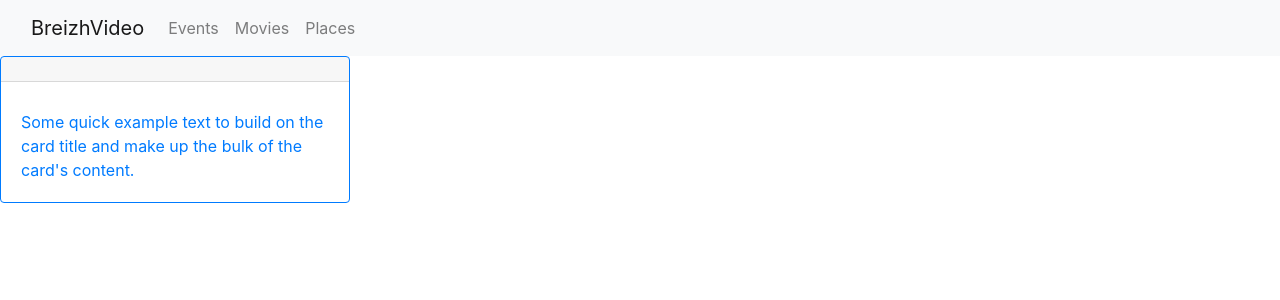
Repository: romgrm/Hackaton_BreizhVideo_FRONT
Page: /Movies
An editor plug-in stored every save of this project. The page is shown before and after a run of saves, followed by the edit.
The browser window is 1280 px wide. The pictures show the whole page.
The page's requests for data from a server got no answer. The project was rebuilt for these pictures with package versions that can differ from the ones it lists, and the page was loaded fresh each time. No one was signed in, and anything a server would have sent is missing. Also part of the build but not shown: src/Components/Events.js, src/Components/Village.js.

Above is the page before, as saved 2020-12-21 16:10:39.

### src/index.js
import React from 'react';
import ReactDOM from 'react-dom';
import App from './App';
import {BrowserRouter} from 'react-router-dom'


ReactDOM.render(
  <BrowserRouter>
    <App />
  </BrowserRouter>,
  document.getElementById('root')
);

### src/App.js
import bootstrap from '../node_modules/bootstrap/dist/css/bootstrap.min.css'
import Header from './Components/Header'
import {Switch, Route} from 'react-router-dom'
import Films from './Components/Films'
import Events from './Components/Events';
import Village from './Components/Village';


function App() {
  return (
    <>
    <Header />
    <Switch>
      <Route path="/Events" component={Events} />
      <Route path="/Movies" component={Films} />
      <Route path="/Places" component={Village} />
      <Route path="/" />
    </Switch>
    </>
  );
}

export default App;

### src/Components/Header.js
import React from 'react'
import {Link} from 'react-router-dom'

export default function Header() {
    return (
        <nav className="navbar navbar-expand-lg navbar-light bg-light">
  <div className="container-fluid">
    <Link className="navbar-brand" to="/">BreizhVideo</Link>
    <button className="navbar-toggler" type="button" data-bs-toggle="collapse" data-bs-target="#navbarNav" aria-controls="navbarNav" aria-expanded="false" aria-label="Toggle navigation">
      <span className="navbar-toggler-icon"></span>
    </button>
    <div className="collapse navbar-collapse" id="navbarNav">
      <ul className="navbar-nav">
        <li className="nav-item">
          <Link className="nav-link" to="/Events">Events</Link>
        </li>
        <li className="nav-item">
          <Link className="nav-link" to="/Movies">Movies</Link>
        </li>
        <li className="nav-item">
          <Link className="nav-link" to="/Places">Places</Link>
        </li>
      </ul>
    </div>
  </div>
</nav>
    )
}

### src/Components/Films.js
import React, { useState, useEffect } from 'react'
import axios from 'axios'

export default function Films() {

    const [film, setFilm] = useState([]);

    useEffect(() => {

        async function fetchData() {

            const url1 = await axios('http://localhost:8080/Film');
            setFilm(url1.data)
            console.log(film)
            // const url2 = await axios('http://localhost:9090/Agence/' + id);
            // setDataAgence(url2.data)
        }

        fetchData();
    }, []);

    return (
        <div>

            <div class="card border-primary mb-3" style={{width: 350}}>
                <div class="card-header">{film.map((current) => (
                    current.title
                    ))}</div>
                <div class="card-body text-primary">
                    <h5 class="card-text">{film.map((current) => (
                    current.description
                    ))}</h5>
                    <p class="card-text">Some quick example text to build on the card title and make up the bulk of the card's content.</p>
                </div>
            </div>
            </div>
    )
}

Loaded but not shown: public/index.html (common file)

After the next 2 saves:
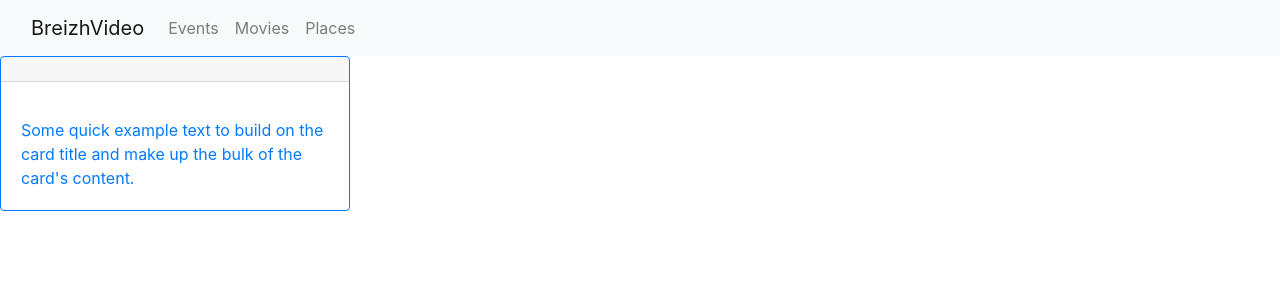
The 2 saves are shown as one change because they came seconds apart.
The last was saved 8 s later.
--- a/src/Components/Films.js
+++ b/src/Components/Films.js
@@ -27,9 +27,9 @@ export default function Films() {
                     current.title
                     ))}</div>
                 <div class="card-body text-primary">
-                    <h5 class="card-text">{film.map((current) => (
+                    <p class="card-text">{film.map((current) => (
                     current.description
-                    ))}</h5>
+                    ))}</p>
                     <p class="card-text">Some quick example text to build on the card title and make up the bulk of the card's content.</p>
                 </div>
             </div>
